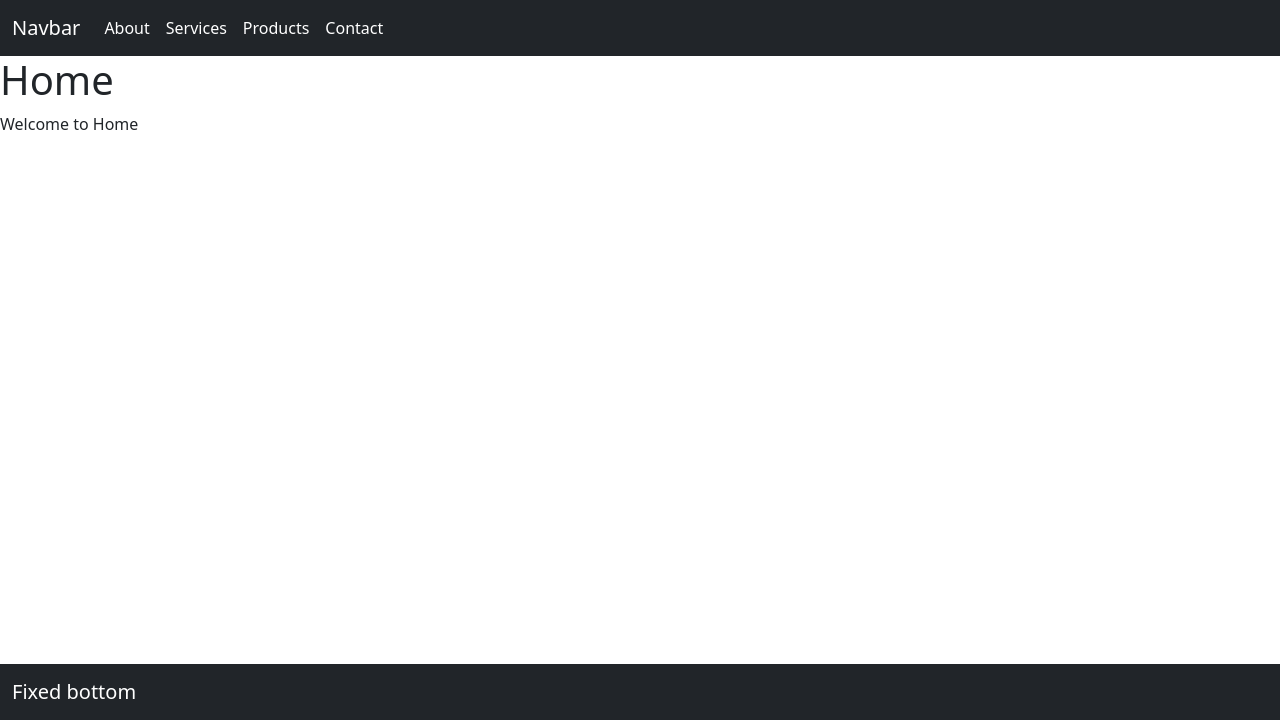
Repository: BlessingAjiboye/WEEJ4JULIO
Page: http://localhost/
The author's editor kept a copy of each file at every save. The page is drawn from the files as they stood at one save, then again after the next save.
The browser window is 1280 px wide. The pictures show the whole page.
The page is served by the project's Node server (server.js).

Above is the page before, as saved 2022-09-24 10:43:10.

After the next save:
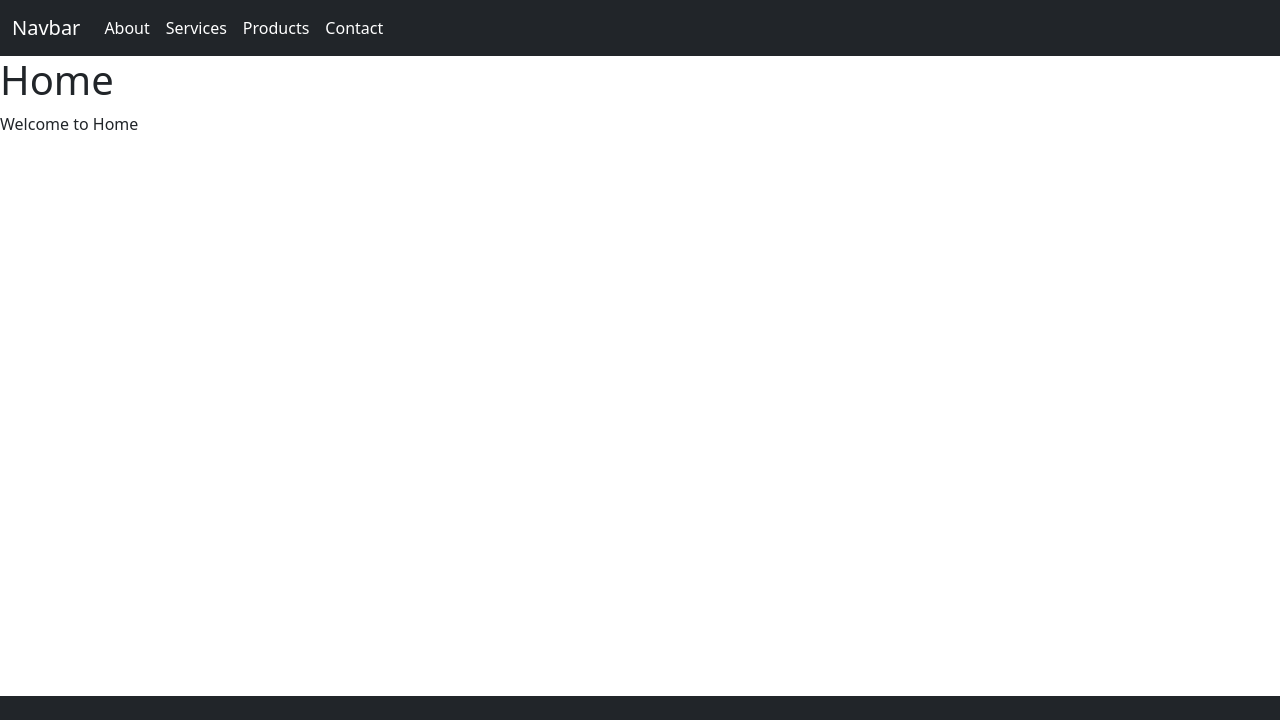
Saved 87 s later.
--- a/views/index.ejs
+++ b/views/index.ejs
@@ -58,9 +58,7 @@
 
   <footer>
     <nav class="navbar fixed-bottom navbar-dark bg-dark">
-      <div class="container-fluid">
-        <a class="navbar-brand" href="#">Fixed bottom</a>
-      </div>
+
       <h6 class="display-6" &copy;2022 All rights reserved.></h6>
     </nav>
     </footer>

After the save that followed:
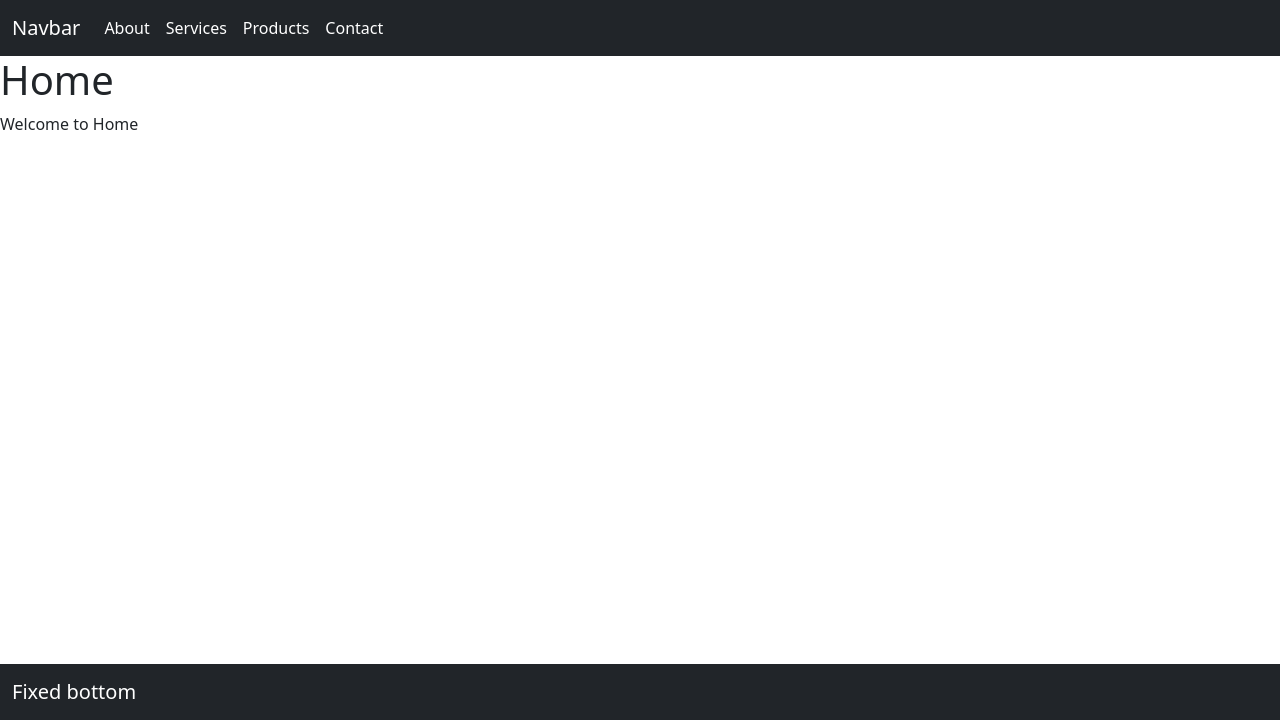
Saved 15 s later.
--- a/views/index.ejs
+++ b/views/index.ejs
@@ -58,7 +58,9 @@
 
   <footer>
     <nav class="navbar fixed-bottom navbar-dark bg-dark">
-
+      <div class="container-fluid">
+        <a class="navbar-brand" href="#">Fixed bottom</a>
+      </div>
       <h6 class="display-6" &copy;2022 All rights reserved.></h6>
     </nav>
     </footer>
